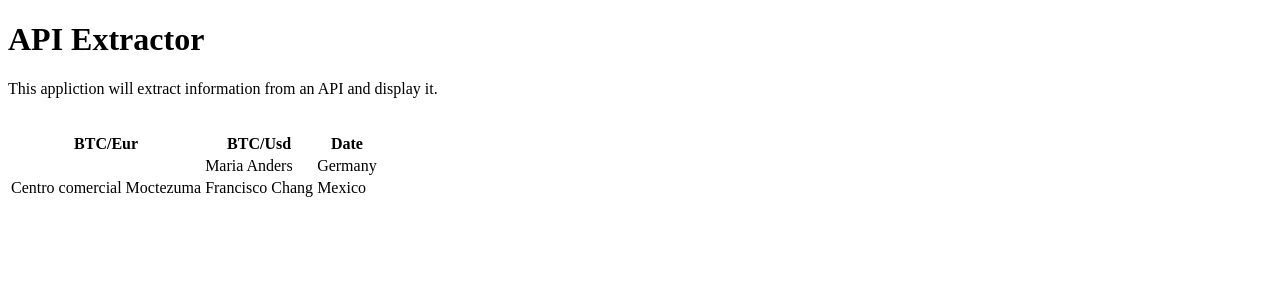
Repository: vxyux/api-extraction
Page: index.html
These files come from the project's save history. The page is drawn as it stood at one moment and after a run of saves; the edit follows.
The browser window is 1280 px wide. The pictures show the whole page.
The page's requests for data from a server got no answer.

Above is the page before, as saved 2023-09-05 10:29:03.

After the next 4 saves:
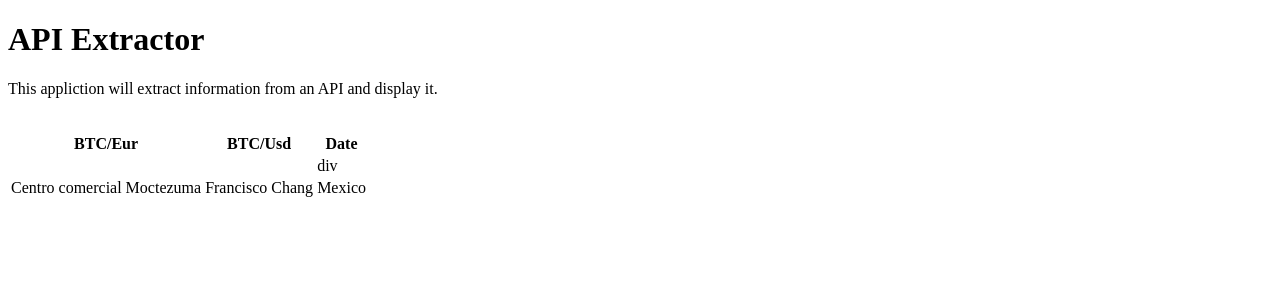
The 4 saves are shown as one change because they came seconds apart.
The last was saved 17 s later.
--- a/index.html
+++ b/index.html
@@ -21,8 +21,8 @@
   </tr>
   <tr>
     <td><div id="rate-eur"></div></td>
-    <td>Maria Anders</td>
-    <td>Germany</td>
+    <td><div id="rate-usd"></div></td>
+    <td>div</td>
   </tr>
   <tr>
     <td>Centro comercial Moctezuma</td>
